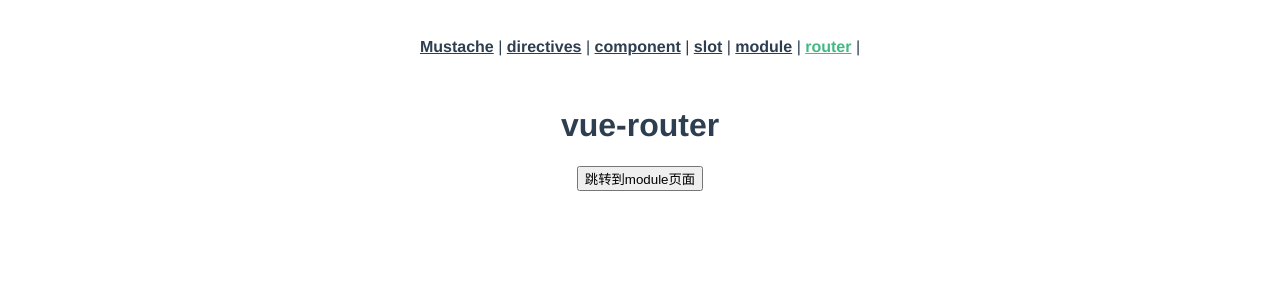
Repository: yeyanghui0616/my-vue2-learning
Page: /router
The author's editor kept a copy of each file at every save. The page is drawn from the files as they stood at one save, then again after the next save.
The browser window is 1280 px wide. The pictures show the whole page.
The project was rebuilt for these pictures with package versions that can differ from the ones it lists, and the page was loaded fresh each time. Also part of the build but not shown: src/views/Mustache.vue, src/components/globalComponent.vue.

Above is the page before, as saved 2023-08-30 22:16:00.

### src/main.js
import Vue from "vue";
import App from "./App.vue";
import router from "./router";
import store from "./store";

// 注册全局组件
import globalComponent from "./components/globalComponent";
Vue.component("globalComponent", globalComponent);

Vue.config.productionTip = false;

new Vue({
	router,
	store,
	render: (h) => h(App),
}).$mount("#app");

### src/App.vue
<template>
  <div id="app">
    <div id="nav">
      <router-link to="/">Mustache</router-link> |
      <router-link to="/directives">directives</router-link> |
      <router-link to="/component">component</router-link> |
      <router-link to="/slot">slot</router-link> |
      <router-link to="/module">module</router-link> |
      <router-link to="/router">router</router-link> |
    </div>
    <router-view />
  </div>
</template>

<style lang="scss">
#app {
  font-family: Avenir, Helvetica, Arial, sans-serif;
  -webkit-font-smoothing: antialiased;
  -moz-osx-font-smoothing: grayscale;
  text-align: center;
  color: #2c3e50;
}

#nav {
  padding: 30px;

  a {
    font-weight: bold;
    color: #2c3e50;

    &.router-link-exact-active {
      color: #42b983;
    }
  }
}
</style>

### src/router/index.js
import Vue from "vue";
import VueRouter from "vue-router";
import Mustache from "../views/Mustache.vue";

Vue.use(VueRouter);

const routes = [
	{
		path: "/",
		name: "Mustache",
		component: Mustache,
	},
	{
		path: "/directives",
		name: "directives",
		component: () => import("../views/directives.vue"),
	},
	{
		path: "/component",
		name: "component",
		component: () => import("../views/component.vue"),
	},
	{
		path: "/slot",
		name: "slot",
		component: () => import("../views/slot.vue"),
	},
	{
		path: "/module",
		name: "module",
		component: () => import("../views/module.vue"),
	},
	{
		path: "/router",
		name: "router",
		component: () => import("../views/router.vue"),
	},
];

const router = new VueRouter({
	mode: "history",
	base: process.env.BASE_URL,
	routes,
});

export default router;

### src/views/router.vue
<template>
  <div>
    <h1>vue-router</h1>
    <button>跳转到module页面</button>
  </div>
</template>

<script>
export default {
  data() {
    return {};
  },

  methods: {},
};
</script>

<style lang="scss"></style>

Loaded but not shown: public/index.html (common file); src/store/index.js (common file)

After the next save:
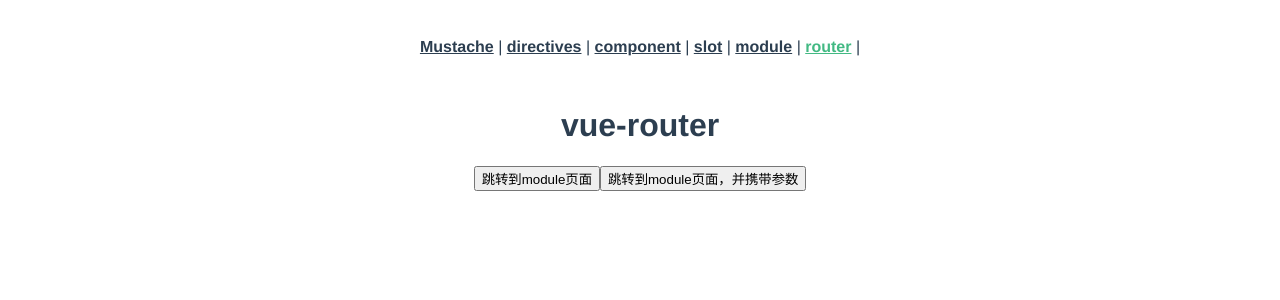
Saved 6 s later.
--- a/src/views/router.vue
+++ b/src/views/router.vue
@@ -2,6 +2,7 @@
   <div>
     <h1>vue-router</h1>
     <button>跳转到module页面</button>
+    <button>跳转到module页面，并携带参数</button>
   </div>
 </template>
 
